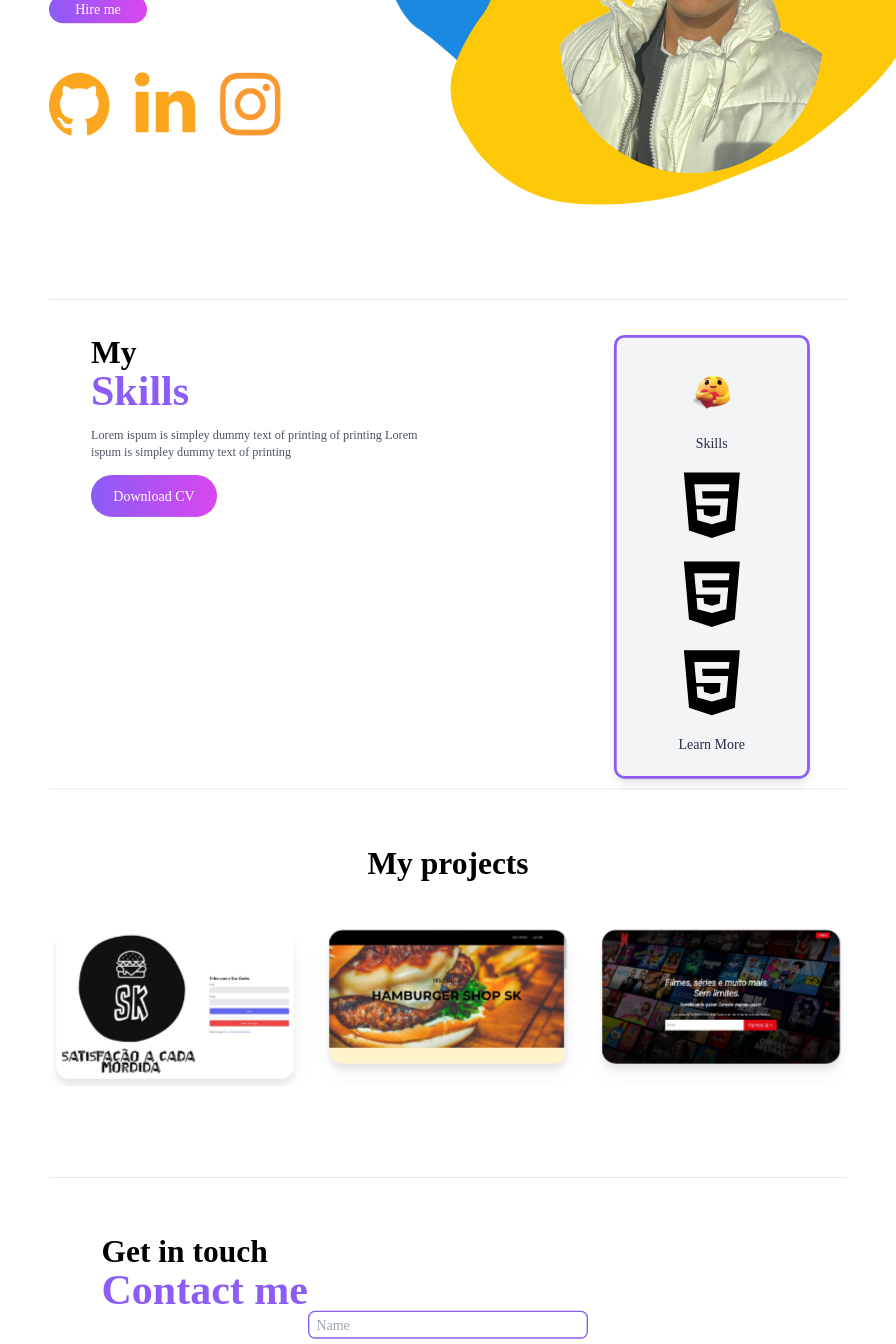
Repository: KennedyWanderson/portfolio
Page: /
These files come from the project's save history. The page is drawn as it stood at one moment and after the next save; the edit follows.
The browser window is 1280 px wide. The pictures show the part of the page from y = 408 to 2328 px (the page is 3240 px tall), at 70% of full size.
Some web fonts or font styles are not loaded; a fallback is used. The project was rebuilt for these pictures with package versions that can differ from the ones it lists, and the page was loaded fresh each time. Imported but missing from the stored project, and not drawn on this page: src/Components/Services/Kennedy_CV.pdf.

Above is the page before, as saved 2024-01-26 12:21:33.

After the next save:
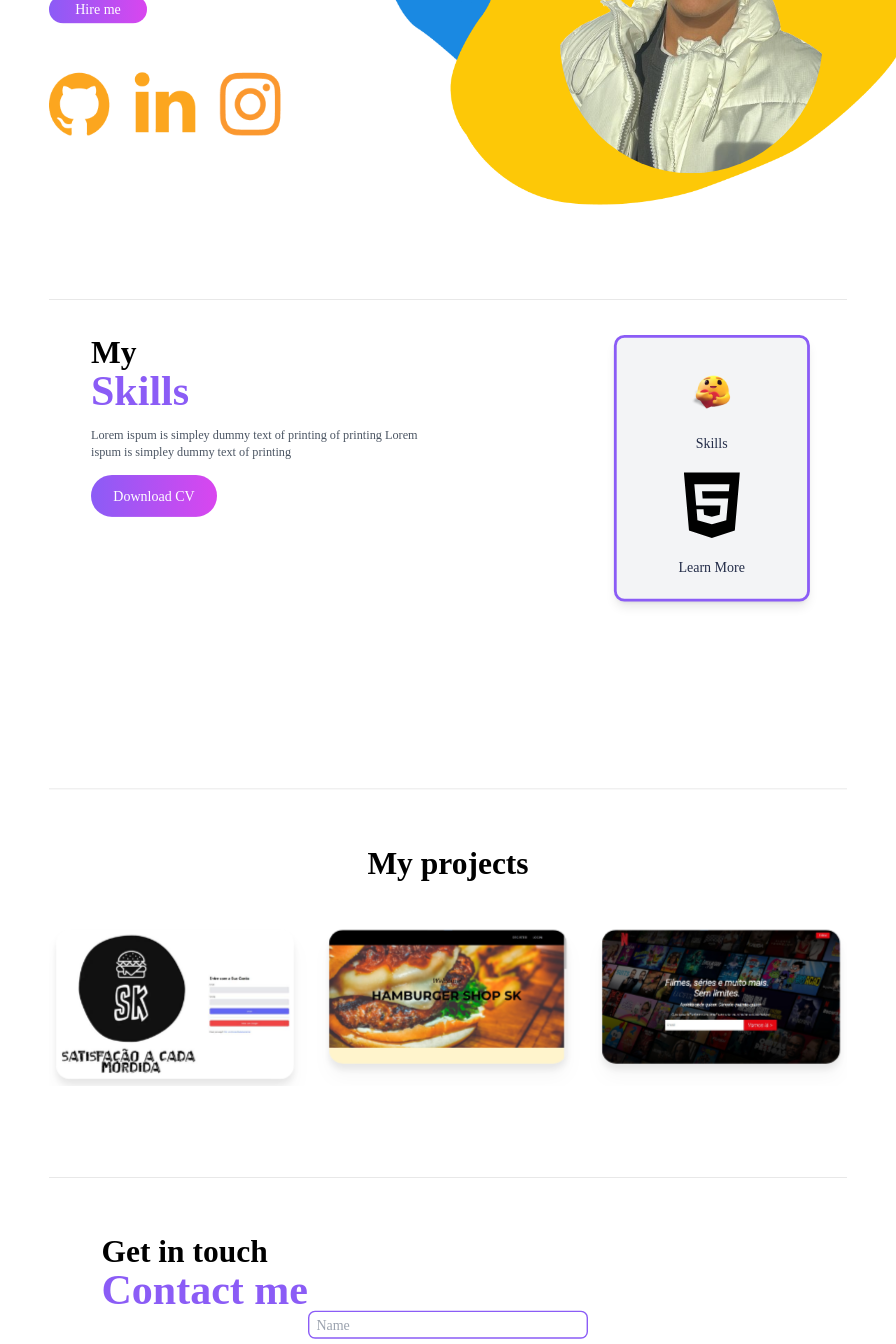
Saved 7 s later.
--- a/src/Components/Card/Card.jsx
+++ b/src/Components/Card/Card.jsx
@@ -8,8 +8,6 @@ const Card = ({emoji, heading, detail}) =>{
             <img className="scale-50 mb-[-2rem]" src={emoji} alt="" />
             <span>{heading}</span>
             <img className="flex text-gray-500 text-base w-16" src={detail} alt='' />
-            <img className="flex text-gray-500 text-base w-16" src={detail} alt='' />
-            <img className="flex text-gray-500 text-base w-16" src={detail} alt='' />
             <button>Learn More</button>
         </div>
     )
